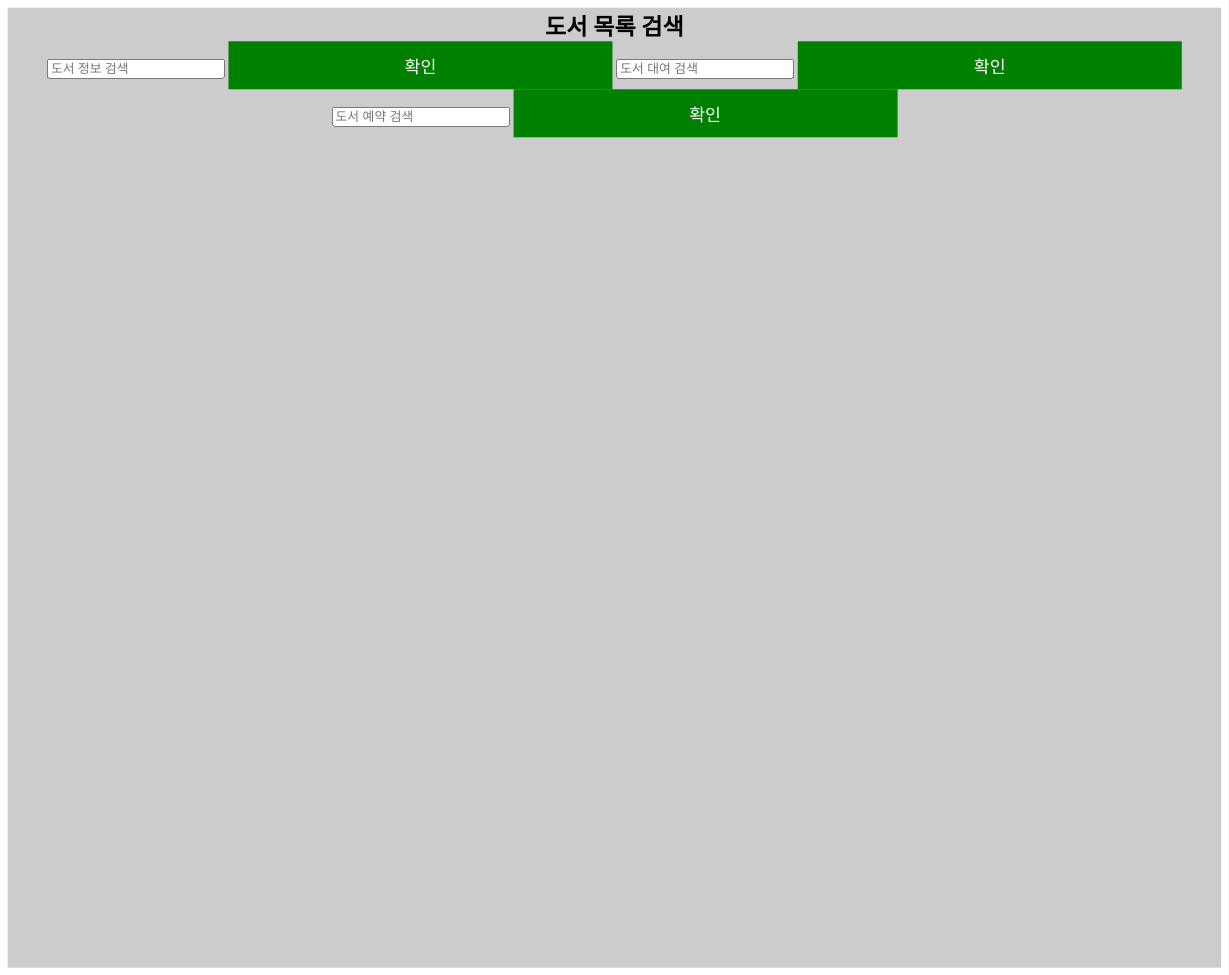
Repository: hii9505/DB_engineering_education
Page: http://localhost/TestIsp/booksearch.jsp
An editor plug-in stored every save of this project. The page is shown before and after the next save, followed by the edit.
The browser window is 1280 px wide. The pictures show the whole page, at 96% of full size.
The page is served by Tomcat 9. Queries for data that is not in the repository find no rows.

Above is the page before, as saved 2019-12-19 05:43:27.

After the next save:
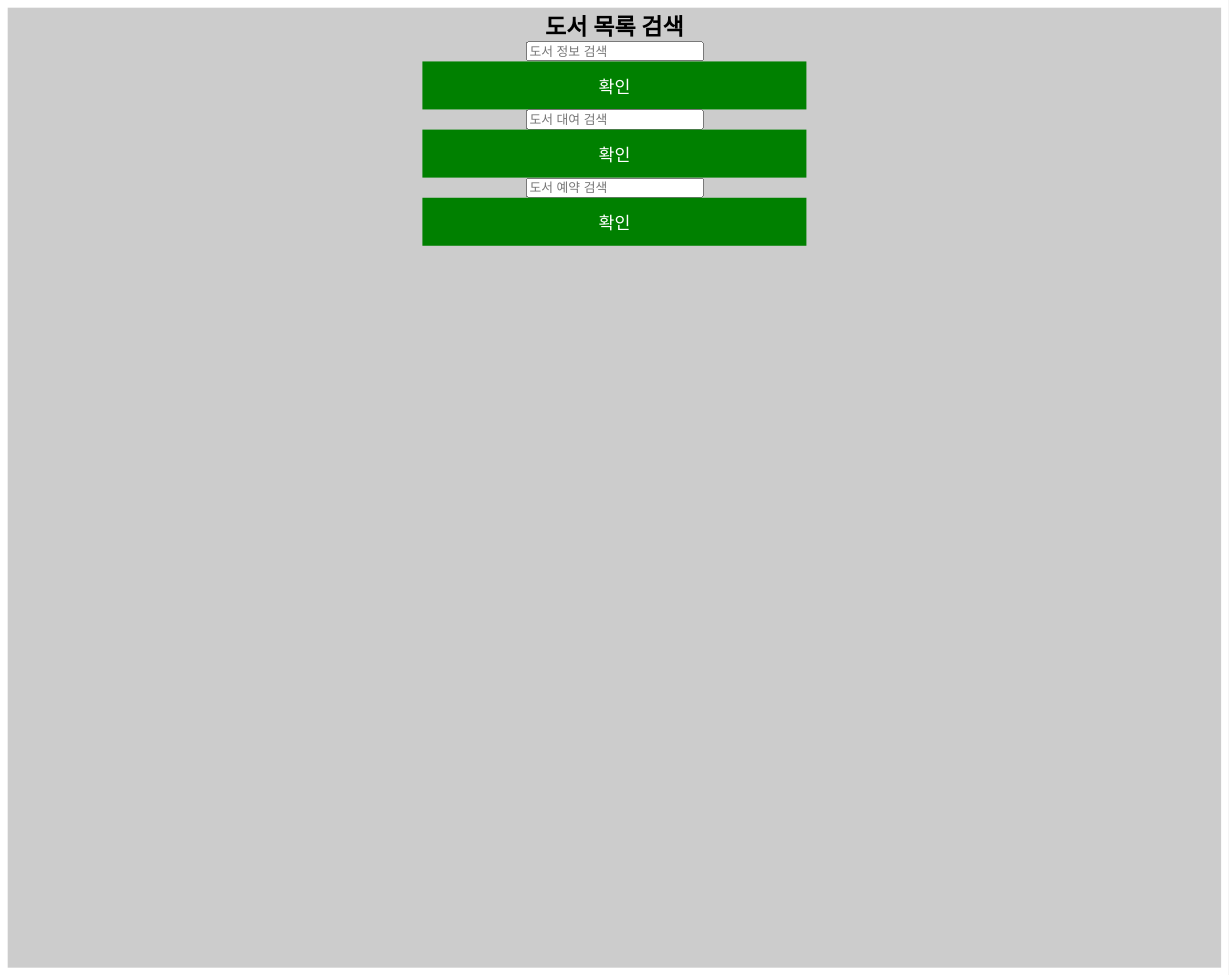
Saved 5 min 45 s later.
--- a/eclipse-workspace/TestISP/TestIsp/WebContent/booksearch.jsp
+++ b/eclipse-workspace/TestISP/TestIsp/WebContent/booksearch.jsp
@@ -67,15 +67,21 @@
         <center>
             <div><font size=5><strong>도서 목록 검색</strong></font></div>
            <form method="post" action="booksearch_information.jsp">
+           <div>
            <input type="text" id ="book_info" name="book_info" placeholder="도서 정보 검색">
+           </div>
            <input type="submit" id = "check" value="확인">
 
            <form method="post" action="booksearch_rent_.jsp">
+           <div>
            <input type="text" id ="book_rent" name="book_rent" placeholder="도서 대여 검색">
+           </div>
            <input type="submit" id = "check" value="확인">
 
            <form method="post" action="booksearch_reservation_information.jsp">
+           <div>
            <input type="text" id ="book_reservation" name="book_reservation" placeholder="도서 예약 검색">
+           </div>
            <input type="submit" id = "check" value="확인">
            </form>
 
